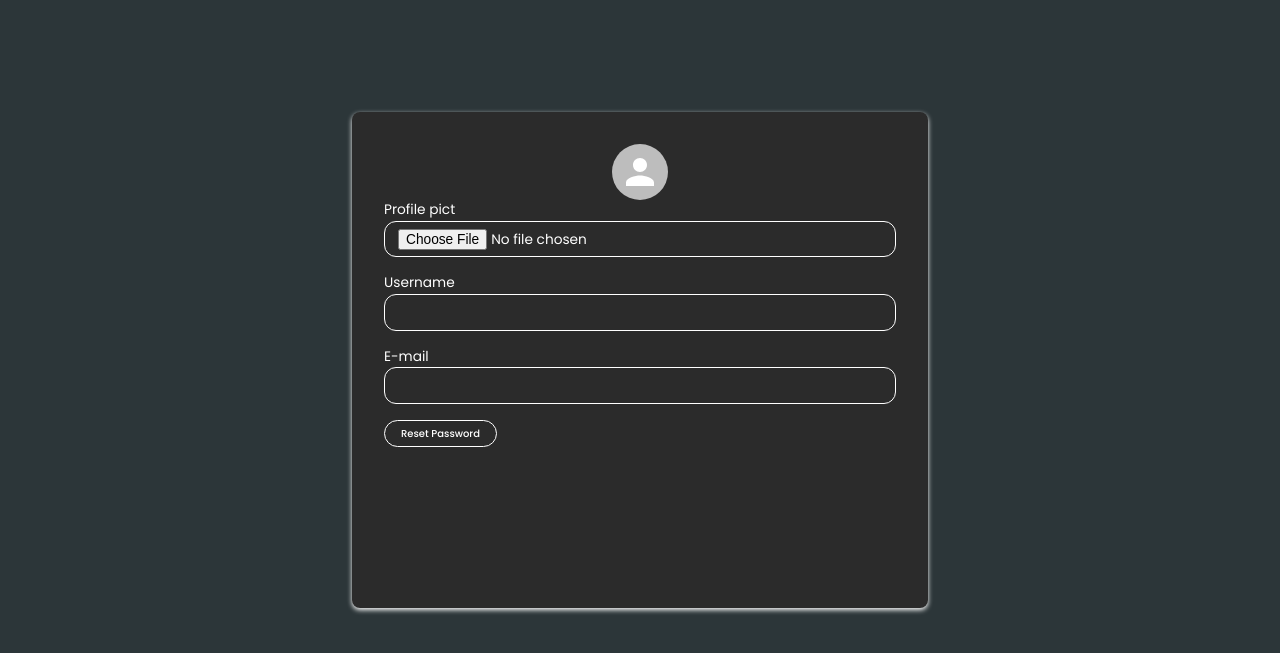
Repository: IzzaSuni/Izza-ToDo
Page: /publicNote/Private/profile
The author's editor kept a copy of each file at every save. The page is drawn from the files as they stood at one save, then again after a run of saves.
The browser window is 1280 px wide. The pictures show the whole page.
Some web libraries are served in a nearby version. The project was rebuilt for these pictures with package versions that can differ from the ones it lists, and the page was loaded fresh each time. Also part of the build but not shown: src/App.css, src/services.js, src/components/List.js, src/components/Filter.js, src/components/ohayo.js, src/utils/Query.js, src/components/navbar.js, src/components/MainPage.js and 4 more.

Above is the page before, as saved 2022-08-23 22:54:04.

### public/index.html
<!DOCTYPE html>
<html lang="en">
  <head>
    <meta charset="utf-8" />
    <link rel="icon" href="%PUBLIC_URL%/AKU.svg" />
    <meta name="viewport" content="width=device-width, initial-scale=1" />
    <meta name="theme-color" content="#000000" />
    <meta name="description" />
    <link rel="apple-touch-icon" href="%PUBLIC_URL%/logo192.png" />
    <script src="https://kit.fontawesome.com/a076d05399.js" crossorigin="anonymous"></script>
    <!--
      manifest.json provides metadata used when your web app is installed on a
      user's mobile device or desktop. See https://developers.google.com/web/fundamentals/web-app-manifest/
    -->
    <link rel="manifest" href="%PUBLIC_URL%/manifest.json" />
    <!--
      Notice the use of %PUBLIC_URL% in the tags above.
      It will be replaced with the URL of the `public` folder during the build.
      Only files inside the `public` folder can be referenced from the HTML.

      Unlike "/favicon.ico" or "favicon.ico", "%PUBLIC_URL%/favicon.ico" will
      work correctly both with client-side routing and a non-root public URL.
      Learn how to configure a non-root public URL by running `npm run build`.
    -->
    <title>My Notes</title>
  </head>
  <body>
    <noscript>You need to enable JavaScript to run this app.</noscript>
    <div id="root"></div>
    <!--
      This HTML file is a template.
      If you open it directly in the browser, you will see an empty page.

      You can add webfonts, meta tags, or analytics to this file.
      The build step will place the bundled scripts into the <body> tag.

      To begin the development, run `npm start` or `yarn start`.
      To create a production bundle, use `npm run build` or `yarn build`.
    -->
  </body>
</html>

### src/index.js
import React from "react";
import ReactDOM from "react-dom/client";
import "./index.css";
import App from "./App";
import reportWebVitals from "./reportWebVitals";
import { ThemeProvider } from "@mui/material";
import Theme from "./utils/Theme";
const root = ReactDOM.createRoot(document.getElementById("root"));
root.render(
  <ThemeProvider theme={Theme}>
    <React.StrictMode>
      <App />
    </React.StrictMode>
  </ThemeProvider>
);

// If you want to start measuring performance in your app, pass a function
// to log results (for example: reportWebVitals(console.log))
// or send to an analytics endpoint. Learn more: https://bit.ly/CRA-vitals
reportWebVitals();

### src/index.css
@import url("https://fonts.googleapis.com/css2?family=Poppins:ital,wght@0,100;0,200;0,300;0,400;0,500;0,600;0,700;0,800;0,900;1,100;1,200;1,300;1,400;1,500;1,600;1,700;1,800;1,900&display=swap");
body {
  margin: 0;
  font-family: "Poppins", -apple-system, BlinkMacSystemFont, "Segoe UI",
    "Roboto", "Oxygen", "Ubuntu", "Cantarell", "Fira Sans", "Droid Sans",
    "Helvetica Neue", sans-serif;
  -webkit-font-smoothing: antialiased;
  -moz-osx-font-smoothing: grayscale;
  font-smooth: antialiased;
  box-sizing: border-box;
  background-color: #2c3639;
}
button[type="button"] {
  font-size: 10px;
}
svg {
  font-size: 16px !important;
}
code {
  font-family: source-code-pro, Menlo, Monaco, Consolas, "Courier New",
    monospace;
}
#cok:focus-within {
  box-shadow: 0px 1px 0px rgba(0, 0, 0, 0.555);
  transition: all 0.2s;
}
#cok,
#edit {
  box-shadow: 0px;
  transition: all 0.6s;
}
input {
  color: white !important;
  font-family: poppins;
}
textarea {
  color: white !important;
  font-family: poppins;
}
input:-webkit-autofill,
input:-webkit-autofill:hover,
input:-webkit-autofill:focus,
input:-webkit-autofill:active {
  -webkit-box-shadow: 0 0 0 30px #e7f6f2 inset !important;
  box-shadow: 0 0 0 30px #e7f6f2 inset !important;
}
input:disabled {
  -webkit-text-fill-color: black !important;
}
textarea:disabled {
  -webkit-text-fill-color: black !important;
}
#edit:focus-visible {
  box-shadow: 0px 1px 0px rgba(0, 0, 0, 0.555);
  transition: all 0.2s;
}
input#searchBar {
  padding: 4px 8px;
}

.grid {
  display: grid;
  gap: 10px;
  grid-template-columns: repeat(auto-fill, minmax(120px, 1fr));
  grid-template-rows: masonry;
}

.my-masonry-grid {
  display: -webkit-box; /* Not needed if autoprefixing */
  display: -ms-flexbox; /* Not needed if autoprefixing */
  display: flex;
  width: auto;
}
.my-masonry-grid_column {
  /* padding-left: 5px; gutter size */
  background-clip: padding-box;
}

/* Style your items */
.my-masonry-grid_column > div {
  /* change div to reference your elements you put in <Masonry> */
  margin-bottom: 10px;
}

::-webkit-scrollbar {
  width: 6px;
  height: 2px;
}

::-webkit-scrollbar-track {
  box-shadow: inset 0 0 10px transparent;
  border-radius: 10px;
}

/* Handle */
::-webkit-scrollbar-thumb {
  border: 2px solid rgba(0, 0, 0, 0);
  background-clip: padding-box;
  border-radius: 10px;
  background-color: #303030;
}

.shadow {
  box-shadow: 0px 2px 5px white;
}
.MuiPopover-paper {
  background: #2b2b2b !important;
  box-shadow: 0px 2px 5px white !important;
}
#buttonUpload ~ div {
  display: none;
}
#halo:hover::after {
  color: white;
  z-index: 10;
  position: absolute;
  background-color: rgba(0, 0, 0, 0.466);
  height: 100%;
  width: 100%;
  display: flex;
  justify-content: center;
  align-items: center;
  font-family: "Font Awesome 5 Free";
  content: "\f304";
  vertical-align: middle;
  font-weight: 900;
}

/* responsive=============================================================================== */
#mainContainer {
  display: block;
  height: 100vh;
}
@media (max-width: 900px) {
  #mainForm {
    display: none;
  }
  #ohayoSmall {
    text-align: center;
    position: sticky;
    width: 100vw;
  }
  #ohayoBig {
    display: none;
  }

  #listForm {
    width: 100%;
  }
  #buttonAddNotes {
    position: sticky;
    bottom: 0;
    width: 100vw;
    height: 52px !important;
    text-align: center;
    border-radius: 16px 16px 0 0;
  }
}
@media (min-width: 900px) {
  #buttonAddNotes {
    display: none;
  }
  #mainContainer {
    display: block;
  }
  #ohayoSmall {
    display: none;
  }
}

#loginButton:hover {
  background: transparent !important;
}

### src/App.js
import "./App.css";
import Layout from "./components/Layout";
import MainPage from "./components/MainPage";
import { BrowserRouter as Router, Switch, Route } from "react-router-dom";
import Login from "./components/Login";
import CreateAccount from "./components/CreateAccount";
import MainPageLoged from "./components/MainPageLoged";
import Profile from "./components/Profile";

function App({}) {
  return (
    <div className="App">
      <Router>
        <Switch>
          <Route exact path="/publicNote">
            <Layout>
              <MainPage />
            </Layout>
          </Route>
          <Route path={"/login"}>
            <Layout>
              <Login />
            </Layout>
          </Route>
          <Route path={"/signUp"}>
            <Layout>
              <CreateAccount />
            </Layout>
          </Route>
          <Route exact path={"/publicNote/Private"}>
            <Layout>
              <MainPageLoged />
            </Layout>
          </Route>
          <Route exact path={"/publicNote/Private/profile"}>
            <Layout>
              <Profile />
            </Layout>
          </Route>
          <Route path="*">
            <main style={{ padding: "1rem" }}>
              <p>There's nothing here!</p>
            </main>
          </Route>
        </Switch>
      </Router>
    </div>
  );
}

export default App;

### src/utils/Theme.js
import { green } from "@mui/material/colors";
import { createTheme, ThemeProvider } from "@mui/material/styles";

export const background = "#FCE7E7";
export const Black = "#303030";
export const Green = "#E7F634";
export const Disable = "#97A8A8";

export const Screensize = {
  mobile: 0,
  tablet: 900,
  laptop: 1350,
  desktop: 1700,
};

export const colors = {
  background,
  Black,
  Green,
  Disable,
};
export const theme = createTheme({
  breakpoints: {
    values: {
      mobile: 0,
      tablet: 900,
      laptop: 1350,
      desktop: 1700,
    },
  },
  typography: {
    fontFamily: "Poppins",
    fontSize: 12,
    allVariants: {
      color: "white ",
    },
  },
  components: {
    MuiButton: {
      styleOverrides: {
        root: {
          textTransform: "none",
          fontFamily: "Poppins !important",
        },
      },
    },
  },
});

export default theme;

### src/components/Layout.js
import { Box } from "@mui/material";

const Layout = ({ children }) => {
  return (
    <Box
      height={"100vh"}
      width={`calc("100vw - 32px")`}
      display={"flex"}
      alignItems={"center "}
    >
      {children}
    </Box>
  );
};
export default Layout;

### src/components/Profile.js
import IsLogin from "../utils/isLogin";
import { makeStyles } from "@mui/styles";
import { Avatar, Box, Typography } from "@mui/material";
import Input from "./Input";
import { useState } from "react";
import { uploadImages } from "../services";

const useStyles = makeStyles({
  card: {
    height: "60vh",
    width: "40vw",
    background: "#2B2B2B",
    borderRadius: "8px",
    padding: "32px",
  },
  container: {
    height: "100vh",
    width: "100vw",
    display: "flex",
    justifyContent: "center",
    alignItems: "center",
  },
});

export default function Profile() {
  let objectURL;
  const [image, setImage] = useState();
  const { user, signed } = IsLogin();
  const classes = useStyles();

  const onChangeFile = (e) => {
    if (objectURL) {
      URL.revokeObjectURL(objectURL);
    }
    const file = e.target.files[0];
    objectURL = URL.createObjectURL(file);
    console.log(file);
    uploadImages({ images: file });
    return setImage(objectURL);
  };


  return (
    <>
      <Box className={classes.container}>
        <Box className={`${classes.card} shadow`}>
          <Box display="inline-flex" width='100%' justifyContent={'center'}>
            <div onClick={() => document.getElementById("uploadImg").click()}>
              <Avatar id="halo" sx={{ width: '56px', height: '56px' }} src={image ? image : user.picture}></Avatar>

            </div>
          </Box>
          <Box>
            <Box pb={2}>
              <Typography>Profile pict</Typography>
              <label htmlFor="uploadImg">
                <Input
                  id={"uploadImg"}
                  type="file"
                  inputType={"file"}
                  hdlChange={onChangeFile}
                />
              </label>
            </Box>
            <Box></Box>
            <Box pb={2}>
              <Typography>Username</Typography>
              <Input type="email" defVal={user.user} isdisabled={true} />
            </Box>
            <Typography>E-mail</Typography>
            <Input type="email" defVal={user.email} isdisabled />
            <Box pt={2}>
              <Input type="buttonCustom">Reset Password</Input>
            </Box>
          </Box>
        </Box>
      </Box>
    </>
  );
}

### src/components/Input.js
import { makeStyles } from "@mui/styles";
import {
  Box,
  Button,
  FormControl,
  InputAdornment,
  InputBase,
  InputLabel,
  MenuItem,
  Select,
  TextField,
  Typography,
} from "@mui/material";
//icons
import EditIcon from "@mui/icons-material/Edit";
import DeleteIcon from "@mui/icons-material/Delete";
import ClearIcon from "@mui/icons-material/Clear";
import DoneIcon from "@mui/icons-material/Done";
import { useState } from "react";
import { LoadingButton } from "@mui/lab";

const useStyles = makeStyles({
  paper: {
    height: "100%",
    width: "20%",
    background: "#E7F6F2 !important",
    borderRadius: "16px",
    overflow: "auto",
  },
  paperList: {
    height: "100%",
    width: "80%",
    flexWrap: "wrap",
    background: "#CEE5D0 !important",
    overflow: "auto",
  },
  Button: {
    "&.MuiButton-root": {
      textTransform: "none !important",
      color: "white",
      background: "transparent ",
      borderRadius: "32px",
      border: "1px solid white",
      padding: "4px 16px",
      "&:hover": {
        background: "#693737",
        color: "white ",
      },
      "&:active": {
        background: "#693737",
        color: "white ",
      },
      "& .MuiLoadingButton-loadingIndicator": {
        color: "white !important",
      },
      "&.Mui-disabled": {
        color: "rgba(255, 255, 255, 0.541)",
      },
    },
  },
  TextField: {
    "&:hover fieldset": {
      borderColor: "#100F0F !important",
      color: "white",
    },
    "& label.Mui-focused": {
      color: "white",
    },
    "& fieldset": {
      borderColor: "white !important",
    },
    "&.Mui-focused fieldset": {
      borderColor: "white !important",
    },
    "& .MuiOutlinedInput-root": {
      borderRadius: "12px !important",
      color: "white",
    },
  },
  TextFields: {
    "& .MuiInputBase-input": {
      padding: "0px !important",
      borderBottom: "1px white dashed !important",
      width: "100%",
    },
  },
  login: {
    "&:hover fieldset": {
      borderColor: "white !important",
    },
    "& label.Mui-focused": {
      color: "black",
    },
    "& fieldset": {
      borderColor: "white !important",
    },
    "&.Mui-focused fieldset": {
      borderColor: "white !important",
    },
    "& .MuiOutlinedInput-root": {
      borderRadius: "12px !important",
    },
  },
  form: {
    justifytitle: "space-between",
    width: ` 100% `,
    marginTop: "32px",
  },
  editForm: { width: "100%", display: "flex", padding: "0px 8px" },
  smallBox: {
    height: "10px",
    width: "10px",
    marginRight: "32px",
    borderRadius: "16px",
    paddingLeft: "16px",
    border: "1px dashed black",
  },
  Menu: {
    "&.MuiMenu-list": {
      background: "#2B2B2B",
      borderRadius: "12px",
      padding: "16px",
      width: "250px",
    },
    "& .MuiMenuItem-root": {
      padding: "0px",
    },
  },
});

export default function Input({
  type,
  hdlChange,
  children,
  defVal,
  hdlEdit,
  onClickBtn,
  className,
  label,
  inputType,
  loading,
  maxchar,
  isdisabled,
  icon,
  id,
}) {
  const [anchorEl, setAnchorEl] = useState(null);

  const renderButton = ({ value, type }) => {
    return type === "delete" ? (
      value.isedit ? (
        <>
          <DoneIcon />
        </>
      ) : (
        <>
          <DeleteIcon />
        </>
      )
    ) : value.isedit ? (
      <>
        <ClearIcon sx={{ ml: 1 }} />
      </>
    ) : (
      <>
        <EditIcon sx={{ ml: 1 }} />
      </>
    );
  };

  const classes = useStyles();
  const renderInput = () => {
    switch (type) {
      case "text":
        return (
          <TextField
            size={"small"}
            label={"Title"}
            placeholder="Type the title here"
            className={classes.TextField}
            required
            inputProps={{ maxLength: "20" }}
            sx={{ width: "100%", marginBottom: 3 }}
          />
        );
      case "email":
        return (
          <TextField
            size={"small"}
            defaultValue={defVal}
            id={id}
            label={label}
            placeholder={label}
            className={classes.login}
            type={inputType}
            inputProps={{ maxLength: maxchar }}
            InputProps={icon}
            disabled={isdisabled}
            sx={{
              width: "100%",
              marginBottom: 3,
              "&.MuiFormControl-root": {
                marginBottom: 0,
              },
              "& .Mui-focused": {
                color: "white !important",
              },
              "& .Mui-disabled": {
                WebkitTextFillColor: "rgb(255 255 255 / 40%) !important",
              },
            }}
            onChange={hdlChange}
          />
        );

      case "file":
        return (
          <TextField
            size={"small"}
            defaultValue={defVal}
            id={id}
            label={label}
            placeholder={label}
            className={classes.login}
            type={inputType}
            inputProps={{ accept: "image/*" }}
            InputProps={icon}
            disabled={isdisabled}
            sx={{
              width: "100%",
              marginBottom: 3,
              "&.MuiFormControl-root": {
                marginBottom: 0,
              },
              "& .Mui-focused": {
                color: "white !important",
              },
              "& .Mui-disabled": {
                WebkitTextFillColor: "rgb(255 255 255 / 40%) !important",
              },
            }}
            onChange={hdlChange}
          />
        );

      case "multiline":
        return (
          <TextField
            label={"Description"}
            size={"medium"}
            placeholder="Type the description here"
            className={classes.TextField}
            multiline
            sx={{ width: "100%", marginBottom: 3, borderRadius: 12 }}
          />
        );
      case "select":
        return (
          <FormControl
            fullWidth
            className={`${classes.TextField} `}
            sx={{
              marginBottom: "24px",
            }}
            id="kontol"
          >
            <InputLabel id="catLabel">Select Category</InputLabel>
            <Select
              id="catuu"
              label="Select Category"
              onChange={hdlChange}
              defaultChecked={false}
              required
              className={`${classes.Menu}`}
            >
              <MenuItem value={"Reminder"} disabled>
                Select a category
              </MenuItem>
              <MenuItem value={"Work"}>Work</MenuItem>
              <MenuItem value={"To do"}>To do</MenuItem>
              <MenuItem value={"Money"}>Money</MenuItem>
              <MenuItem value={"Reminder"}>Reminder</MenuItem>
              <MenuItem value={"Assignment"}>Task</MenuItem>
              <MenuItem value={"Study"}>Study</MenuItem>
            </Select>
          </FormControl>
        );

      case "button":
        return (
          <Button
            disableRipple
            type="submit"
            variant="contained"
            className={classes.Button}
            sx={className}
            id={id}
          >
            {children}
          </Button>
        );
      case "buttonLoading":
        return (
          <LoadingButton
            disableRipple
            type="submit"
            variant="contained"
            loading={loading}
            className={classes.Button}
            sx={className}
            disabled={isdisabled}
            loadingPosition="end"
          >
            {children}
          </LoadingButton>
        );
      case "buttonCustom":
        return (
          <Button
            disableRipple
            type="button"
            onClick={onClickBtn}
            className={`${classes.Button}`}
            id={id}
            style={className}
          >
            {children}
          </Button>
        );

      case "editTitle":
        return (
          <InputBase
            defaultValue={defVal.title}
            onChange={hdlEdit}
            className={classes.TextFields}
            disabled={defVal.isedit === true ? false : true}
            sx={{
              fontSize: "16px !important",
            }}
          />
        );
      case "editDesc":
        return (
          <InputBase
            sx={{
              width: "100%",
              padding: "0px !important",
              mt: 2,
              lineHeight: "18px",
            }}
            defaultValue={defVal.desc}
            onChange={hdlEdit}
            className={classes.TextFields}
            disabled={defVal.isedit === true ? false : true}
            multiline
          />
        );
      case "divider":
        return (
          <Box
            height={"1px"}
            width="100%"
            bgcolor={"#CEE5D0"}
            mx={2}
            variant="middle"
            alignSelf={"center "}
          />
        );
      default:
        break;
    }
  };
  return renderInput();
}

### src/utils/isLogin.js
import jwtDecode from "jwt-decode";
import Cookies from "universal-cookie";


const IsLogin = () => {
  const secret = process.env.REACT_APP_SECRET_TOKEN;
  const cookies = new Cookies();
  const bearer = cookies.get("akikToken");

  const signed = bearer ? jwtDecode(bearer).aud === secret : false;
  const user = bearer
    ? {
        user: jwtDecode(bearer).name,
        email: jwtDecode(bearer).email,
        isVerifiedEmail: jwtDecode(bearer).email_verified,
        userId: jwtDecode(bearer).user_id,
        picture: jwtDecode(bearer).picture,
      }
    : {};

  return { signed, user };
};

export default IsLogin;

Loaded but not shown: src/reportWebVitals.js (common file)

After the next 3 saves:
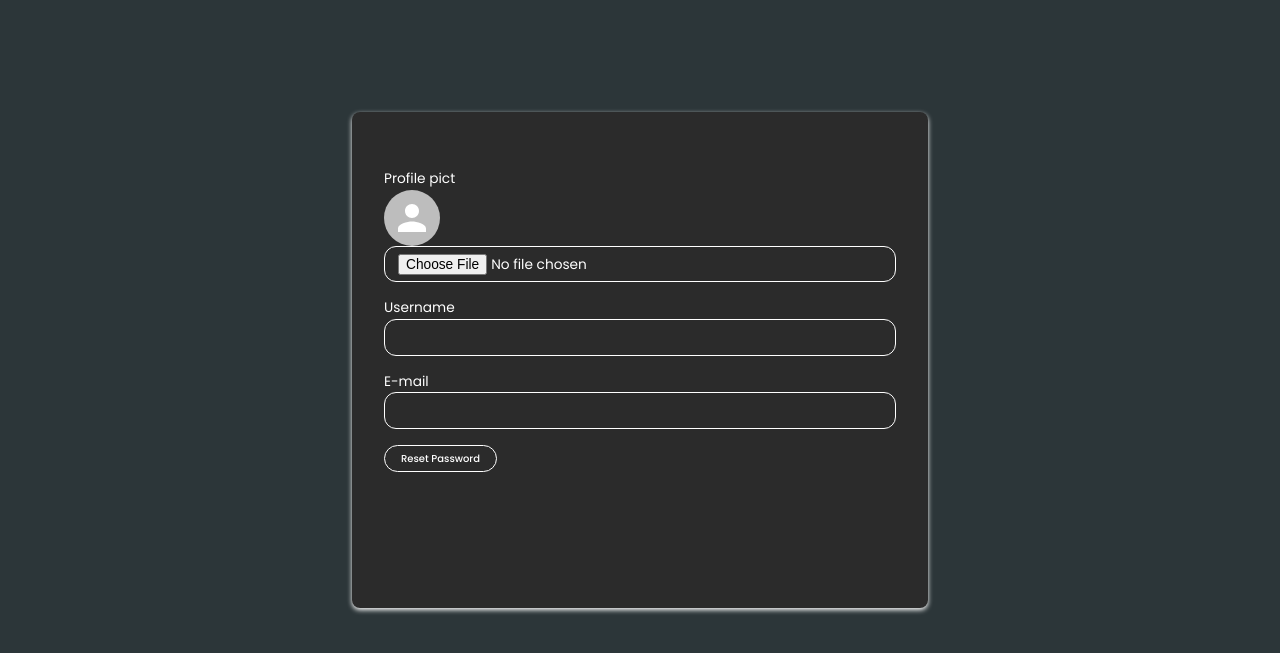
The 3 saves are shown as one change because 2 did not build or start.
The last was saved 30 s later.
--- a/src/components/Profile.js
+++ b/src/components/Profile.js
@@ -45,15 +45,16 @@
       <Box className={classes.container}>
         <Box className={`${classes.card} shadow`}>
           <Box display="inline-flex" width='100%' justifyContent={'center'}>
-            <div onClick={() => document.getElementById("uploadImg").click()}>
-              <Avatar id="halo" sx={{ width: '56px', height: '56px' }} src={image ? image : user.picture}></Avatar>
 
-            </div>
           </Box>
           <Box>
             <Box pb={2}>
               <Typography>Profile pict</Typography>
               <label htmlFor="uploadImg">
+                <div onClick={() => document.getElementById("uploadImg").click()}>
+                  <Avatar id="halo" sx={{ width: '56px', height: '56px' }} src={image ? image : user.picture}></Avatar>
+
+                </div>
                 <Input
                   id={"uploadImg"}
                   type="file"

After the save that followed:
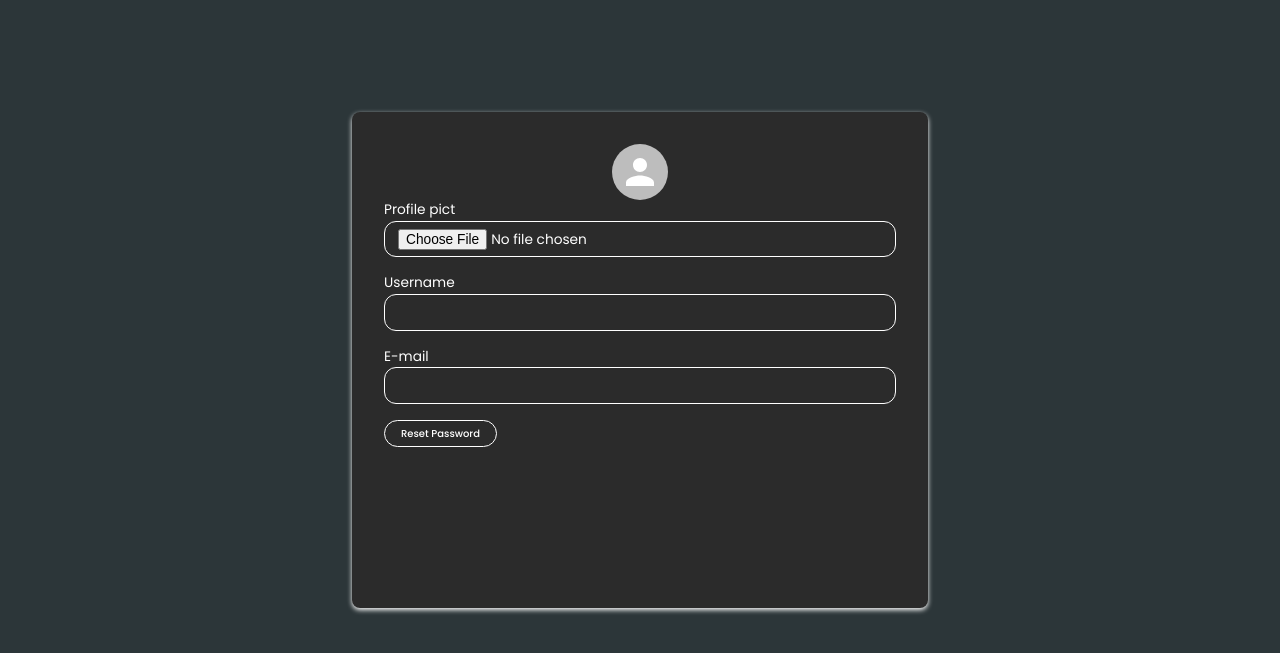
Saved 8 s later.
--- a/src/components/Profile.js
+++ b/src/components/Profile.js
@@ -45,16 +45,16 @@
       <Box className={classes.container}>
         <Box className={`${classes.card} shadow`}>
           <Box display="inline-flex" width='100%' justifyContent={'center'}>
+            <div onClick={() => document.getElementById("uploadImg").click()}>
+              <Avatar id="halo" sx={{ width: '56px', height: '56px' }} src={image ? image : user.picture}></Avatar>
 
+            </div>
           </Box>
           <Box>
             <Box pb={2}>
               <Typography>Profile pict</Typography>
               <label htmlFor="uploadImg">
-                <div onClick={() => document.getElementById("uploadImg").click()}>
-                  <Avatar id="halo" sx={{ width: '56px', height: '56px' }} src={image ? image : user.picture}></Avatar>
 
-                </div>
                 <Input
                   id={"uploadImg"}
                   type="file"
